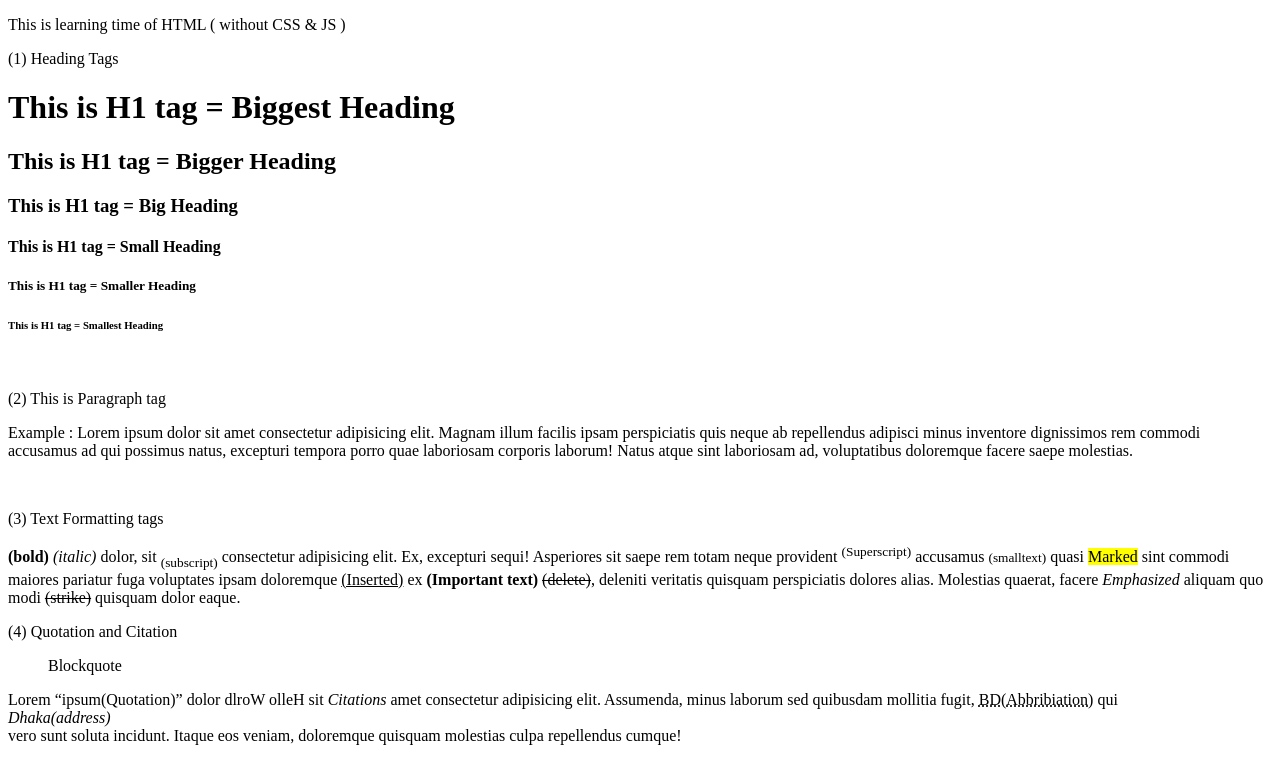
Repository: diptods/Frontend-in-60-DAYS
Page: Day01/learning/learn.html
The author's editor kept a copy of each file at every save. The page is drawn from the files as they stood at one save, then again after the next save.
The browser window is 1280 px wide. The pictures show the whole page.

Above is the page before, as saved 2026-05-28 12:03:01.

### Day01/learning/learn.html
<!DOCTYPE html>
<html lang="en">

<head>
    <meta charset="UTF-8">
    <meta name="viewport" content="width=device-width, initial-scale=1.0">
    <title>Day 01 Of Frontend Learning</title>
</head>

<body>
    <p>This is learning time of HTML ( without CSS & JS )</p>
    <p>(1) Heading Tags</p>
    <h1>This is H1 tag = Biggest Heading</h1>
    <h2>This is H1 tag = Bigger Heading</h2>
    <h3>This is H1 tag = Big Heading</h3>
    <h4>This is H1 tag = Small Heading</h4>
    <h5>This is H1 tag = Smaller Heading</h5>
    <h6>This is H1 tag = Smallest Heading</h6>
    <br>
    <p>(2) This is Paragraph tag</p>
    <p>Example : Lorem ipsum dolor sit amet consectetur adipisicing elit. Magnam illum facilis ipsam perspiciatis quis
        neque ab repellendus adipisci minus inventore dignissimos rem commodi accusamus ad qui possimus natus, excepturi
        tempora porro quae laboriosam corporis laborum! Natus atque sint laboriosam ad, voluptatibus doloremque facere
        saepe molestias.</p>
    <br>
    <p>(3) Text Formatting tags</p>
    <p><b>(bold)</b> <i>(italic)</i> dolor, sit <sub>(subscript)</sub> consectetur adipisicing elit. Ex, excepturi
        sequi! Asperiores sit saepe rem totam
        neque provident <sup>(Superscript)</sup> accusamus <small>(smalltext)</small> quasi <mark>Marked</mark> sint
        commodi maiores pariatur fuga voluptates ipsam doloremque
        <ins>(Inserted)</ins> ex <strong>(Important text)</strong> <del>(delete)</del>, deleniti veritatis quisquam
        perspiciatis dolores alias. Molestias quaerat, facere
        <em>Emphasized</em> aliquam quo modi <strike>(strike)</strike> quisquam dolor eaque.
    </p>
    <p>(4) Quotation and Citation</p>
    <p><blockquote>Blockquote</blockquote> Lorem <q>ipsum(Quotation)</q> dolor <bdo dir="rtl">Hello World</bdo> sit <cite>Citations</cite> amet consectetur adipisicing elit. Assumenda, minus laborum sed quibusdam mollitia fugit,
        <abbr title="Bangladesh">BD(Abbribiation)</abbr> qui <address>Dhaka(address)</address>vero sunt soluta incidunt. Itaque eos veniam, doloremque quisquam molestias culpa repellendus cumque!
    </p>
</body>

</html>

After the next save:
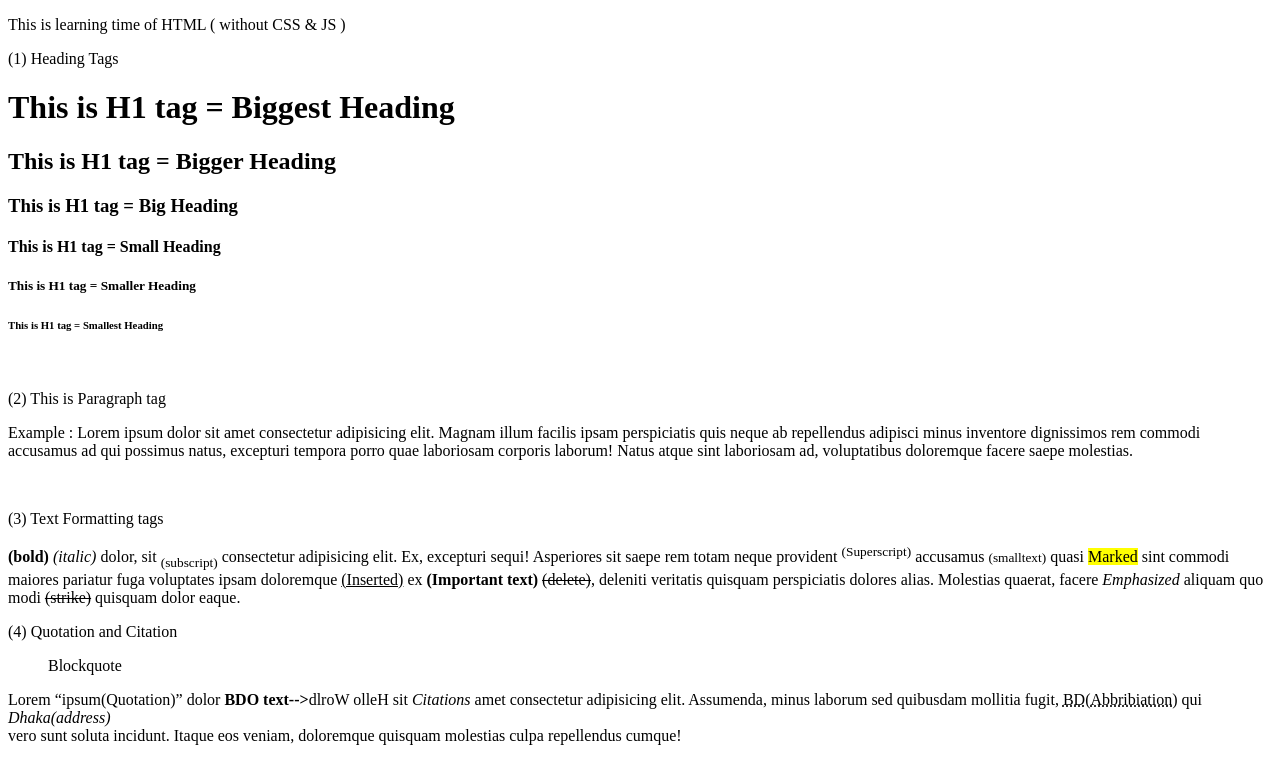
Saved 35 s later.
--- a/Day01/learning/learn.html
+++ b/Day01/learning/learn.html
@@ -33,7 +33,7 @@
         <em>Emphasized</em> aliquam quo modi <strike>(strike)</strike> quisquam dolor eaque.
     </p>
     <p>(4) Quotation and Citation</p>
-    <p><blockquote>Blockquote</blockquote> Lorem <q>ipsum(Quotation)</q> dolor <bdo dir="rtl">Hello World</bdo> sit <cite>Citations</cite> amet consectetur adipisicing elit. Assumenda, minus laborum sed quibusdam mollitia fugit,
+    <p><blockquote>Blockquote</blockquote> Lorem <q>ipsum(Quotation)</q> dolor <b>BDO text--></b><bdo dir="rtl">Hello World</bdo> sit <cite>Citations</cite> amet consectetur adipisicing elit. Assumenda, minus laborum sed quibusdam mollitia fugit,
         <abbr title="Bangladesh">BD(Abbribiation)</abbr> qui <address>Dhaka(address)</address>vero sunt soluta incidunt. Itaque eos veniam, doloremque quisquam molestias culpa repellendus cumque!
     </p>
 </body>
